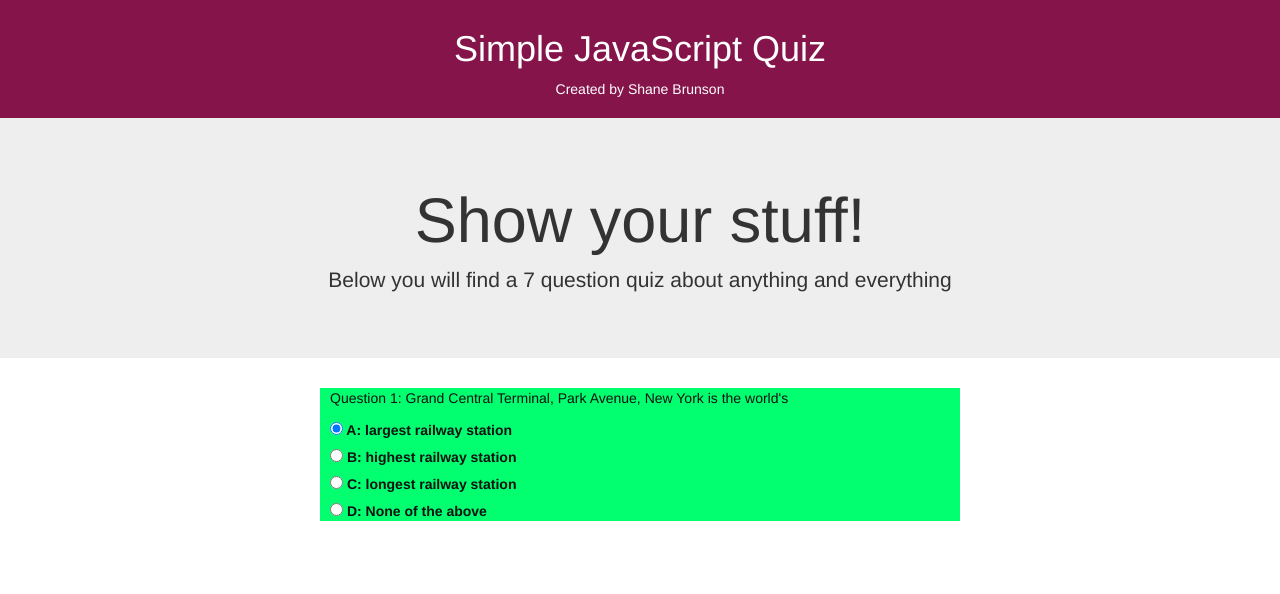
Repository: wsbrunson/Simple-Javascript-Quiz
Page: index.html
The author's editor kept a record of every edit. The page is drawn from the files as they stood at one moment, then again after the next edit.
The browser window is 1280 px wide. The pictures show the whole page.

Above is the page before.
Console error: ReferenceError: q is not defined

### index.html
<!DOCTYPE html>
<html>
<head>
    <title>Quiz time!</title>

    <link rel="stylesheet" href="https://maxcdn.bootstrapcdn.com/bootstrap/3.3.1/css/bootstrap.min.css">
    <link rel="stylesheet" href="https://maxcdn.bootstrapcdn.com/bootstrap/3.3.1/css/bootstrap-theme.min.css">
    <link rel="stylesheet" type="text/css" href="stylesheet.css">
</head>

<body>
    <div class="page-header">
        <h1>Simple JavaScript Quiz</h1>
        <p>Created by Shane Brunson</p>
    </div>

    <div id='welcome' class="jumbotron">
        <h1>Show your stuff!</h1>
        <p>Below you will find a 7 question quiz about anything and everything</p>
    </div>

    <div id="quiz">

    </div>
    <div class="nav-button">
        <input type='button' value='Back' id='back-button' class="btn btn-default"></input>
        <input type='button' value='Next' id='next-button' class="btn btn-default"></input>
    </div>

    <script src="scripts/jquery-2.1.3.min.js"></script>
    <script src="https://maxcdn.bootstrapcdn.com/bootstrap/3.3.1/js/bootstrap.min.js"></script>
    <script src="scripts/app.js"></script>
</body>

</html>

### stylesheet.css
input {
    display: inline;
}

.radio-label {
    display: block;
}

.question-container {
    background-color: #01FF70;
    margin-left: auto;
    margin-right: auto;
    width: 50%;
}

.question-container * {
    margin-left: 10px;
}

.page-header {
    background-color: #85144B;
    margin: 0px;
    border: 0px;
    padding-top: 9px;
}

.page-header * {
    text-align: center;
    color: #FFFFFF;
}

.nav-button {
    margin-left: auto;
    margin-right: auto;
    width: 50%;
    display: none;
}

label {
    color: #111111;
}

.question {
    color: #111111;
}

#begin-button {
    display: block;
    margin: 0 auto;
}

.jumbotron * {
    text-align: center;
}

#score {
    display: none;
}

### scripts/app.js

var allQuestions = [{question: "Question 1: Grand Central Terminal, Park Avenue, New York is the world's",
                     choices: ["A: largest railway station",
                               "B: highest railway station",
                               "C: longest railway station",
                               "D: None of the above"],
                     correctAnswer: 0
                    },
                    {question: "Question 2: Entomology is the science that studies",
                     choices: ["A: Behavior of human beings",
                               "B: Insects",
                               "C: The origin and history of technical and scientific terms",
                               "D: The formation of rocks"],
                     correctAnswer: 1
                    },
                    {question: "Question 3: Friction can be reduced by changing from",
                     choices: ["A: sliding to rolling",
                               "B: rolling to sliding",
                               "C: potential energy to kinetic energy",
                               "D: dynamic to static"],
                     correctAnswer: 0
                    },
                    {question: "Question 4: For seeing objects at the surface of water from a submarine under water, the instrument used is",
                     choices: ["A: kaleidoscope",
                               "B: spectroscope",
                               "C: periscope",
                               "D: telescope"],
                     correctAnswer: 2
                    },
                    {question: "Question 5: Galileo was an Italian astronomer who",
                     choices: ["A: developed the telescope",
                               "B: discovered four satellites of Jupiter",
                               "C: discovered that the movement of pendulum produces a regular time measurement",
                               "D: All of the above"],
                     correctAnswer: 3
                    },
                    {question: "Question 6: Habeas Corpus Act 1679",
                     choices: ["A: states that no one was to be imprisoned without a writ or warrant stating the charge against him",
                               "B: provided facilities to a prisoner to obtain either speedy trial or release in bail",
                               "C: safeguarded the personal liberties of the people against arbitrary imprisonment by the king's orders",
                               "D: All of the above"],
                     correctAnswer: 3
                    },
                    {question: "Question 7: For galvanizing iron which of the following metals is used?",
                     choices: ["A: Aluminium",
                               "B: Lead",
                               "C: Zinc",
                               "D: Copper"],
                     correctAnswer: 2
                    }
                    ];


$(document).ready(function() {

    var questionNavIndex = 0,
        numberOfCorrectAnswers = 0,
        allQuestionsArrayLength = allQuestions.length;

    var printQuizQuestions = function() {
        for(var loopIndexQuestion = 0; loopIndexQuestion < allQuestionsArrayLength; loopIndexQuestion++) {
            var pathToQuestion = allQuestions[loopIndexQuestion].question,
                pathToChoices = allQuestions[loopIndexQuestion].choices,
                questionsDivElementID = "question-" + loopIndexQuestion,
                questionsDivElement = "<div class='question-container' id='" + questionsDivElementID + "'></div>",
                hastagDivElement = "#" + questionsDivElementID,
                questionID = "q"+ loopIndexQuestion,
                questionTag = "<p class='question' id='" + questionID + "'>" + pathToQuestion + "</div>";

            $('#quiz').append(questionsDivElement);
            $(hastagDivElement).append(questionTag);

            for(var loopIndexChoices = 0, x = pathToChoices.length; loopIndexChoices < x; loopIndexChoices++) {
                var choicesID = "c" + loopIndexQuestion + "-" + loopIndexChoices,
                    findAnswer = allQuestions[loopIndexQuestion].correctAnswer,                                             //This checks the correct answer
                    answerID = "c" + loopIndexQuestion + "-" + findAnswer,                                                  //This checks the correct answer
                    choicesTag = "<label class='radio-label' id='" + choicesID + "'>" +
                                 "<input type='radio' name='quiz-radio-button-" + loopIndexQuestion +
                                 "'>   " +  pathToChoices[loopIndexChoices] + "</label>",
                    correctChoicesTag = "<label class='radio-label' id='" + choicesID + "'>" +                              //This checks the correct answer
                                 "<input type='radio' checked='checked' name='quiz-radio-button-" + loopIndexQuestion +
                                 "'>   " +  pathToChoices[loopIndexChoices] + "</label>";

                if(choicesID === answerID) {$(hastagDivElement).append(correctChoicesTag);}                                 //This checks the correct answer
                else {$(hastagDivElement).append(choicesTag);}
            }

            if(loopIndexQuestion !==0) {$(hastagDivElement).hide();}
        }
    };

    var tallyScore = function() {
        for(var i = 0; i < allQuestionsArrayLength; i++) {
            var findAnswer = allQuestions[i].correctAnswer,
                answerID = "#c" + i + "-" + findAnswer;

            console.log(answerID);
            console.log($(answerID).is(':checked'));
            // Doesn't work right now: document.getElementById(answerID).checked
            if(q) {
                console.log('true');
                numberOfCorrectAnswers++;
                console.log(numberOfCorrectAnswers);
            };
        }
    };

    printQuizQuestions();
    tallyScore();

    //Begin button
    $('#begin-button').click(function() {
        $('#welcome').hide();
        $('.nav-button').show();

        if(questionNavIndex === 0) {
            $('#back-button').hide();
        }

        printQuizQuestions();
        tallyScore();
    });

    //Next button
    $('#next-button').click(function() {
        var questionNavIDToHide = "#question-" + questionNavIndex;

        $(questionNavIDToHide).hide();

        questionNavIndex++

        var questionNavIDToShow = "#question-" + questionNavIndex;

        $(questionNavIDToShow).show();

        if(questionNavIndex >= allQuestionsArrayLength) {
            $('.nav-button').hide();
            $('#score').show();
            tallyScore();
            $('#score').append("<p id='total'>Your total score is: " + numberOfCorrectAnswers + "</p>");
        }

         if(questionNavIndex >= 0) {
            $('#back-button').show();
         }
    });

    //Back button
    $('#back-button').click(function() {
        if(questionNavIndex === 0) {
            $('#back-button').hide();
        }

        var questionNavIDToHide = "#question-" + questionNavIndex;

        $(questionNavIDToHide).hide();

        questionNavIndex--

        var questionNavIDToShow = "#question-" + questionNavIndex;

        $(questionNavIDToShow).show();

        if(questionNavIndex <= allQuestionsArrayLength) {
            $('#next-button').show();
            $('#total').hide();
        }
    });
});

Loaded but not shown: scripts/jquery-2.1.3.min.js (library)

After the next edit:
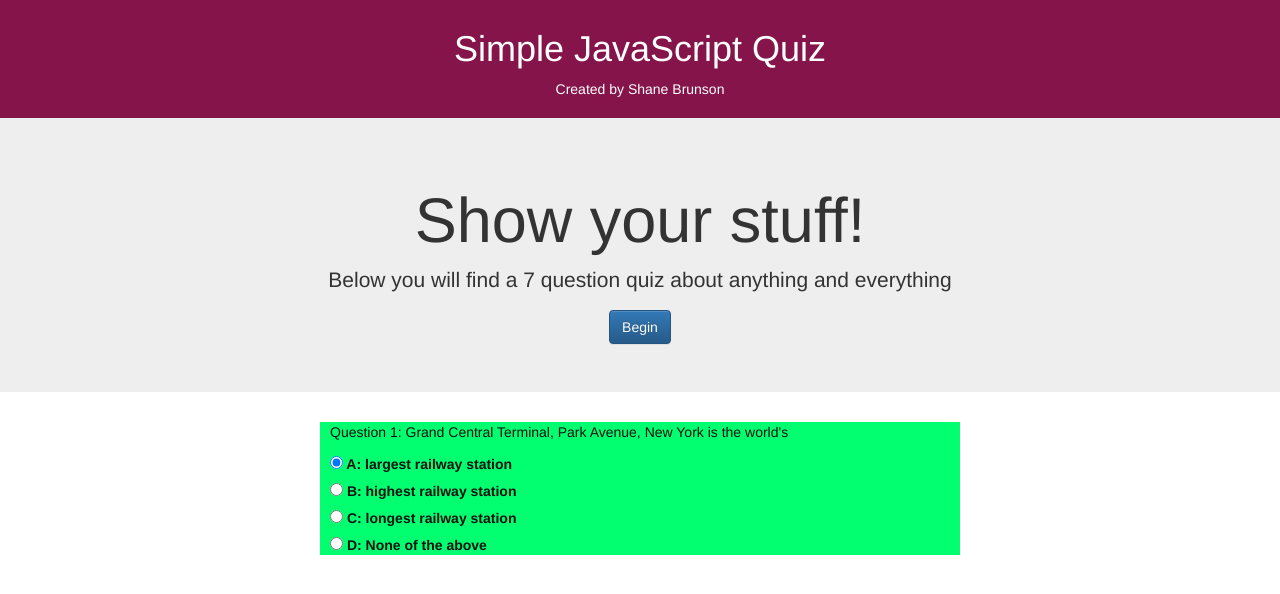
The edit:
--- a/index.html
+++ b/index.html
@@ -17,6 +17,11 @@
     <div id='welcome' class="jumbotron">
         <h1>Show your stuff!</h1>
         <p>Below you will find a 7 question quiz about anything and everything</p>
+        <input type='button' value='Begin' id='begin-button' class="btn btn-primary"></input>
+    </div>
+
+    <div id='score' class="jumbotron">
+        <h1>Quiz Complete</h1>
     </div>
 
     <div id="quiz">
